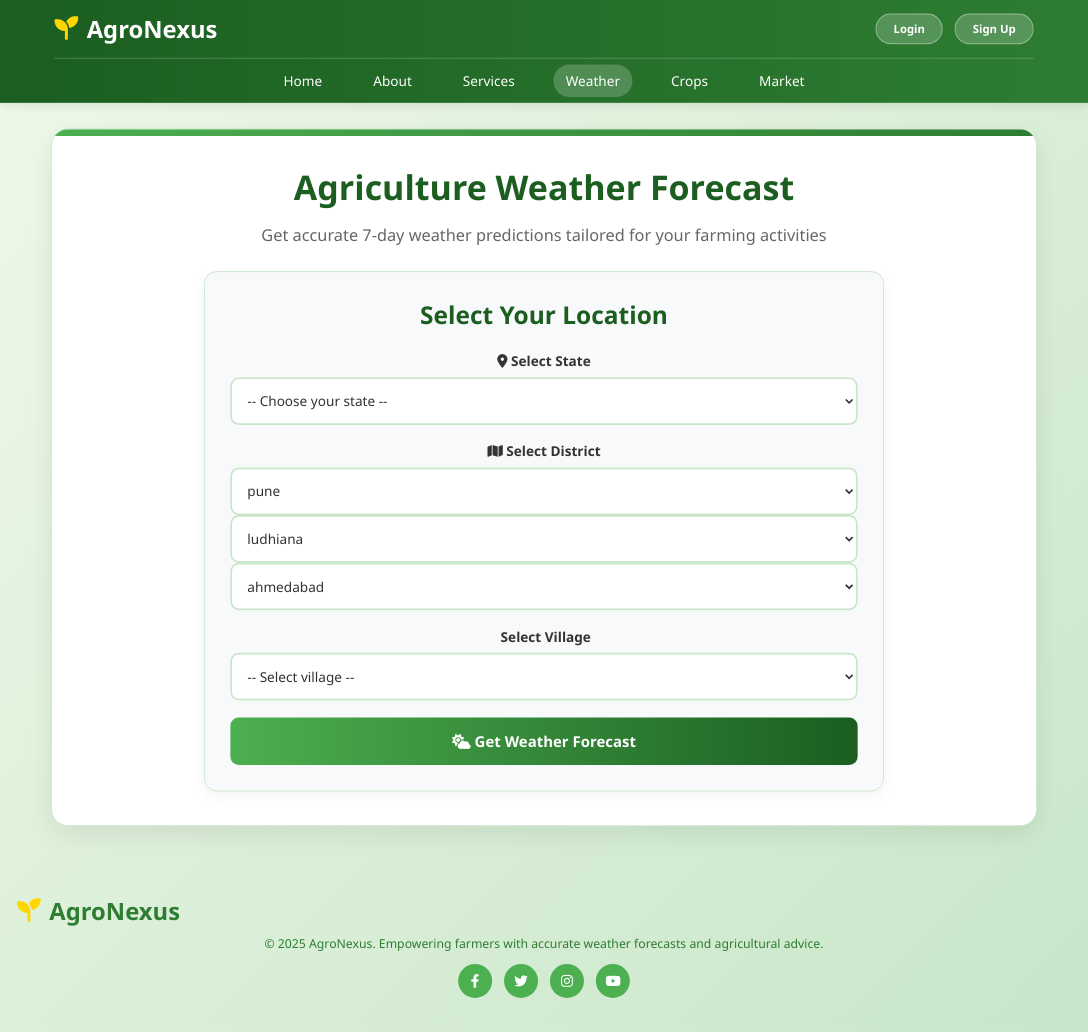
Repository: Sanika-ce/AgroNexus
Page: wheather.html
The author's editor kept a copy of each file at every save. The page is drawn from the files as they stood at one save, then again after the next save.
The browser window is 1280 px wide. The pictures show the whole page, at 85% of full size.

Above is the page before, as saved 2025-08-02 17:51:37.
Not found: weather.js

### wheather.html
<!DOCTYPE html>
<html lang="en">
<head>
    <meta charset="UTF-8">
    <meta name="viewport" content="width=device-width, initial-scale=1.0">
    <title>AgroNexus - Weather Forecast</title>
    <link rel="stylesheet" href="https://cdnjs.cloudflare.com/ajax/libs/font-awesome/6.4.0/css/all.min.css">
    <link href="https://fonts.googleapis.com/css2?family=Poppins:wght@300;400;500;600;700&family=Roboto+Slab:wght@400;600&display=swap" rel="stylesheet">
    <link rel="stylesheet" href="wheather.css">
</head>

</head>
<body>
    <!-- Header -->
    <header>
        <div class="top-bar">
            <div class="logo">
                <i class="fas fa-seedling"></i>
                AgroNexus
            </div>
            <div class="auth-buttons">
                <button>Login</button>
                <button>Sign Up</button>
            </div>
        </div>

        <nav>
            <ul>
                <li><a href="#">Home</a></li>
                <li><a href="#">About</a></li>
                <li><a href="#">Services</a></li>
                <li><a href="#" class="active">Weather</a></li>
                <li><a href="#">Crops</a></li>
                <li><a href="#">Market</a></li>
            </ul>
        </nav>
    </header>

    <!-- Main Content -->
    <div class="container">
        <section class="hero">
            <h1>Agriculture Weather Forecast</h1>
            <p>Get accurate 7-day weather predictions tailored for your farming activities</p>

            <div class="location-selector">
                <h2>Select Your Location</h2>

                <div class="select-group">
                    <label for="state"><i class="fas fa-map-marker-alt"></i> Select State</label>
                    <select id="state">
                        <option value="">-- Choose your state --</option>
                        <option value="maharashtra">Maharashtra</option>
                        <option value="punjab">Punjab</option>
                        <option value="gujarat">Gujarat</option>
                        <option value="tamilnadu">Tamil Nadu</option>
                        <option value="karnataka">Karnataka</option>
                        <option value="uttarpradesh">Uttar Pradesh</option>
                    </select>
                </div>

                <div class="select-group">
                    <label for="district"><i class="fas fa-map"></i> Select District</label>
                    <select id="Maharashtra">
                        <option value=" pune"> pune</option>
                        <option value=" mumbai"> mumbai</option>
                        <option value="  nashik"> nashik</option>
                        <option value=" nagpur"> nagpur</option>
                    </select>

                <select id="punjab">
                        <option value=" ludhiana"> ludhiana</option>
                        <option value=" amritsar"> amritsar</option>
                        <option value="  nashik"> nashik</option>
                        <option value="  patiala">  patiala</option>
                    </select>


                   <select id="gujarat">
                        <option value=" ahmedabad"> ahmedabad</option>
                        <option value=" surat"> surat</option>
                        <option value="   vadodara">  vadodara</option>
                        <option value=" nagpur"> nagpur</option>
                    </select>


                </div>

                <div class="select-group">
                    <label for="village"><i class="fas fa-village"></i> Select Village</label>
                    <select id="village">
                        <option value="">-- Select village --</option>
                    </select>
                </div>

                <button class="get-weather-btn" id="getWeatherBtn">
                    <i class="fas fa-cloud-sun"></i> Get Weather Forecast
                </button>
            </div>
        </section>

        <section class="forecast-section" id="forecastSection">
            <div class="location-info" id="locationInfo">
                <h3>7-Day Weather Forecast for</h3>
                <p id="selectedLocation">Nashik, Maharashtra</p>
            </div>

            <h2 class="section-title">Daily Forecast</h2>

            <div class="forecast-cards" id="forecastCards">
                <!-- Forecast cards will be generated by JavaScript -->
            </div>

            <div class="charts-container">
                <div class="chart-card">
                    <h3><i class="fas fa-temperature-high"></i> Temperature Forecast</h3>
                    <div class="chart-container">
                        <canvas id="temperatureChart"></canvas>
                    </div>
                </div>

                <div class="chart-card">
                    <h3><i class="fas fa-tint"></i> Precipitation Forecast</h3>
                    <div class="chart-container">
                        <canvas id="precipitationChart"></canvas>
                    </div>
                </div>
            </div>

            <div class="advisory-container">
                <h3><i class="fas fa-seedling"></i> Agricultural Advisory</h3>
                <p id="advisorySummary">Based on the upcoming weather conditions, here are recommendations for your farming activities</p>

                <div class="advisory-grid" id="advisoryGrid">
                    <!-- Advisory cards will be generated by JavaScript -->
                </div>
            </div>
        </section>
    </div>

    <!-- Footer -->
    <footer>
        <div class="logo">
            <i class="fas fa-seedling"></i>
            AgroNexus
        </div>
        <p>© 2025 AgroNexus. Empowering farmers with accurate weather forecasts and agricultural advice.</p>

        <div class="social-icons">
            <a href="#"><i class="fab fa-facebook-f"></i></a>
            <a href="#"><i class="fab fa-twitter"></i></a>
            <a href="#"><i class="fab fa-instagram"></i></a>
            <a href="#"><i class="fab fa-youtube"></i></a>
        </div>
    </footer>

    <script src="weather.js"></script>
</body>
</html>

### wheather.css
* {
            margin: 0;
            padding: 0;
            box-sizing: border-box;
            font-family: 'Segoe UI', Tahoma, Geneva, Verdana, sans-serif;
        }

        :root {
            --primary: #2e7d32;
            --primary-dark: #1b5e20;
            --primary-light: #4caf50;
            --secondary: #ffd600;
            --background: #f0f9e9;
            --card-bg: #ffffff;
            --text: #333333;
            --text-light: #666666;
            --border: #c8e6c9;
        }

        body {
            background: linear-gradient(135deg, var(--background) 0%, #c8e6c9 100%);
            color: var(--text);
            min-height: 100vh;
            padding-bottom: 20px;
        }

        /* Header Styles */
        header {
            background: linear-gradient(to right, var(--primary-dark), var(--primary));
            color: white;
            padding: 15px 5%;
            box-shadow: 0 4px 12px rgba(0, 0, 0, 0.1);
            position: sticky;
            top: 0;
            z-index: 100;
        }

        .top-bar {
            display: flex;
            justify-content: space-between;
            align-items: center;
            margin-bottom: 15px;
        }

        .logo {
            font-size: 28px;
            font-weight: bold;
            display: flex;
            align-items: center;
        }

        .logo i {
            margin-right: 10px;
            color: var(--secondary);
        }

        .auth-buttons button {
            background: rgba(255, 255, 255, 0.2);
            border: 1px solid rgba(255, 255, 255, 0.4);
            color: white;
            padding: 8px 20px;
            border-radius: 30px;
            margin-left: 10px;
            cursor: pointer;
            font-weight: 600;
            transition: all 0.3s ease;
        }

        .auth-buttons button:hover {
            background: rgba(255, 255, 255, 0.3);
            transform: translateY(-2px);
        }

        nav ul {
            display: flex;
            list-style: none;
            justify-content: center;
            border-top: 1px solid rgba(255, 255, 255, 0.2);
            padding-top: 15px;
        }

        nav li {
            margin: 0 15px;
        }

        nav a {
            color: white;
            text-decoration: none;
            font-weight: 500;
            padding: 8px 15px;
            border-radius: 20px;
            transition: all 0.3s ease;
        }

        nav a:hover, nav a.active {
            background: rgba(255, 255, 255, 0.2);
        }

        /* Main Content Styles */
        .container {
            max-width: 1200px;
            margin: 30px auto;
            padding: 0 20px;
        }

        .hero {
            text-align: center;
            padding: 40px 20px;
            background: var(--card-bg);
            border-radius: 20px;
            box-shadow: 0 10px 30px rgba(0, 0, 0, 0.08);
            margin-bottom: 40px;
            position: relative;
            overflow: hidden;
            border: 1px solid var(--border);
        }

        .hero::before {
            content: "";
            position: absolute;
            top: 0;
            left: 0;
            width: 100%;
            height: 8px;
            background: linear-gradient(to right, var(--primary-light), var(--primary));
        }

        .hero h1 {
            font-size: 2.5rem;
            color: var(--primary-dark);
            margin-bottom: 15px;
        }

        .hero p {
            font-size: 1.2rem;
            color: var(--text-light);
            max-width: 700px;
            margin: 0 auto 30px;
        }

        /* Location Selection */
        .location-selector {
            background: #f8f9fa;
            border-radius: 15px;
            padding: 30px;
            max-width: 800px;
            margin: 0 auto;
            box-shadow: 0 5px 15px rgba(0, 0, 0, 0.05);
            border: 1px solid var(--border);
        }

        .location-selector h2 {
            text-align: center;
            color: var(--primary-dark);
            margin-bottom: 25px;
            font-size: 1.8rem;
        }

        .select-group {
            margin-bottom: 20px;
        }

        .select-group label {
            display: block;
            margin-bottom: 8px;
            font-weight: 600;
            color: var(--text);
        }

        .select-group select {
            width: 100%;
            padding: 14px;
            border: 2px solid var(--border);
            border-radius: 10px;
            font-size: 1rem;
            background: var(--card-bg);
            transition: border-color 0.3s;
            color: var(--text);
        }

        .select-group select:focus {
            border-color: var(--primary);
            outline: none;
            box-shadow: 0 0 0 3px rgba(76, 175, 80, 0.2);
        }

        .get-weather-btn {
            display: block;
            width: 100%;
            padding: 16px;
            background: linear-gradient(to right, var(--primary-light), var(--primary-dark));
            color: white;
            border: none;
            border-radius: 10px;
            font-size: 1.1rem;
            font-weight: 600;
            cursor: pointer;
            transition: all 0.3s ease;
            margin-top: 20px;
        }

        .get-weather-btn:hover {
            transform: translateY(-3px);
            box-shadow: 0 7px 14px rgba(76, 175, 80, 0.4);
        }

        .get-weather-btn:active {
            transform: translateY(-1px);
        }

        /* Weather Forecast */
        .forecast-section {
            margin-top: 50px;
            display: none;
        }

        .location-info {
            text-align: center;
            margin-bottom: 30px;
            background: #e8f5e9;
            padding: 15px;
            border-radius: 10px;
            box-shadow: 0 4px 8px rgba(0,0,0,0.05);
        }

        .location-info h3 {
            font-size: 1.8rem;
            color: var(--primary-dark);
            margin-bottom: 10px;
        }

        .location-info p {
            font-size: 1.2rem;
            color: var(--primary);
        }

        .section-title {
            text-align: center;
            color: var(--primary-dark);
            font-size: 2rem;
            margin-bottom: 30px;
            position: relative;
        }

        .section-title::after {
            content: "";
            display: block;
            width: 80px;
            height: 4px;
            background: var(--primary-light);
            margin: 10px auto;
            border-radius: 2px;
        }

        .forecast-cards {
            display: grid;
            grid-template-columns: repeat(auto-fit, minmax(200px, 1fr));
            gap: 20px;
            margin-top: 20px;
        }

        .forecast-card {
            background: var(--card-bg);
            border-radius: 15px;
            overflow: hidden;
            box-shadow: 0 8px 20px rgba(0, 0, 0, 0.08);
            transition: transform 0.3s ease;
            border: 1px solid var(--border);
        }

        .forecast-card:hover {
            transform: translateY(-10px);
        }

        .card-header {
            background: linear-gradient(to right, var(--primary-light), var(--primary-dark));
            color: white;
            padding: 15px;
            text-align: center;
        }

        .card-header .date {
            font-size: 1.1rem;
            font-weight: 600;
            margin-bottom: 5px;
        }

        .card-header .day {
            font-size: 0.9rem;
            opacity: 0.9;
        }

        .card-body {
            padding: 20px;
            text-align: center;
        }

        .weather-icon {
            font-size: 3rem;
            margin: 10px 0;
            color: var(--primary);
        }

        .temperature {
            font-size: 1.8rem;
            font-weight: 700;
            margin: 10px 0;
            color: var(--text);
        }

        .weather-condition {
            font-size: 1rem;
            color: var(--text-light);
            margin-bottom: 15px;
            height: 40px;
            display: flex;
            align-items: center;
            justify-content: center;
        }

        .weather-details {
            display: flex;
            flex-wrap: wrap;
            justify-content: space-around;
            margin-top: 15px;
            padding-top: 15px;
            border-top: 1px solid #e9ecef;
        }

        .detail {
            text-align: center;
            margin: 5px;
            flex: 1;
            min-width: 70px;
        }

        .detail i {
            font-size: 1rem;
            color: var(--primary);
            margin-bottom: 5px;
        }

        .detail .label {
            font-size: 0.8rem;
            color: var(--text-light);
        }

        .detail .value {
            font-weight: 600;
            color: var(--text);
            font-size: 0.9rem;
        }

        /* Charts */
        .charts-container {
            display: grid;
            grid-template-columns: repeat(auto-fit, minmax(500px, 1fr));
            gap: 25px;
            margin-top: 40px;
        }

        .chart-card {
            background: var(--card-bg);
            border-radius: 15px;
            padding: 25px;
            box-shadow: 0 8px 20px rgba(0, 0, 0, 0.08);
            border: 1px solid var(--border);
        }

        .chart-card h3 {
            color: var(--primary-dark);
            margin-bottom: 20px;
            text-align: center;
            font-size: 1.4rem;
        }

        .chart-container {
            position: relative;
            height: 300px;
        }

        /* Advisory */
        .advisory-container {
            background: #e8f5e9;
            border-radius: 15px;
            padding: 25px;
            margin-top: 40px;
            box-shadow: 0 5px 15px rgba(0, 0, 0, 0.05);
            border: 1px solid var(--border);
        }

        .advisory-container h3 {
            color: var(--primary-dark);
            margin-bottom: 15px;
            text-align: center;
            font-size: 1.5rem;
            display: flex;
            align-items: center;
            justify-content: center;
            gap: 10px;
        }

        .advisory-container p {
            line-height: 1.6;
            color: var(--text);
            text-align: center;
            margin-bottom: 20px;
        }

        .advisory-grid {
            display: grid;
            grid-template-columns: repeat(auto-fit, minmax(250px, 1fr));
            gap: 20px;
            margin-top: 20px;
        }

        .advisory-card {
            background: white;
            border-radius: 10px;
            padding: 20px;
            box-shadow: 0 4px 8px rgba(0,0,0,0.05);
            border-left: 4px solid var(--primary);
        }

        .advisory-card h4 {
            color: var(--primary-dark);
            margin-bottom: 10px;
            display: flex;
            align-items: center;
            gap: 8px;
        }

        .advisory-card p {
            text-align: left;
            font-size: 0.95rem;
            color: var(--text-light);
        }

        /* Footer */
        footer {
            text-align: center;
            padding: 30px 20px 20px;
            color: var(--primary);
            margin-top: 50px;
        }

        footer p {
            margin-top: 10px;
            font-size: 0.9rem;
        }

        .social-icons {
            margin-top: 15px;
        }

        .social-icons a {
            display: inline-block;
            width: 40px;
            height: 40px;
            background: var(--primary-light);
            color: white;
            border-radius: 50%;
            line-height: 40px;
            margin: 0 5px;
            transition: all 0.3s ease;
        }

        .social-icons a:hover {
            background: var(--primary-dark);
            transform: translateY(-3px);
        }

        /* Responsive Design */
        @media (max-width: 768px) {
            .top-bar {
                flex-direction: column;
            }

            .logo {
                margin-bottom: 15px;
            }

            nav ul {
                flex-wrap: wrap;
            }

            nav li {
                margin: 5px;
            }

            .hero h1 {
                font-size: 2rem;
            }

            .hero p {
                font-size: 1rem;
            }

            .section-title {
                font-size: 1.8rem;
            }

            .forecast-cards {
                grid-template-columns: repeat(auto-fit, minmax(150px, 1fr));
            }

            .charts-container {
                grid-template-columns: 1fr;
            }

            .chart-card {
                padding: 15px;
            }

            .chart-container {
                height: 250px;
            }
        }

        @media (max-width: 480px) {
            .auth-buttons button {
                padding: 6px 15px;
                font-size: 0.9rem;
            }

            .hero {
                padding: 30px 15px;
            }

            .location-selector {
                padding: 20px;
            }

            .forecast-cards {
                grid-template-columns: 1fr;
            }
        }

After the next save:
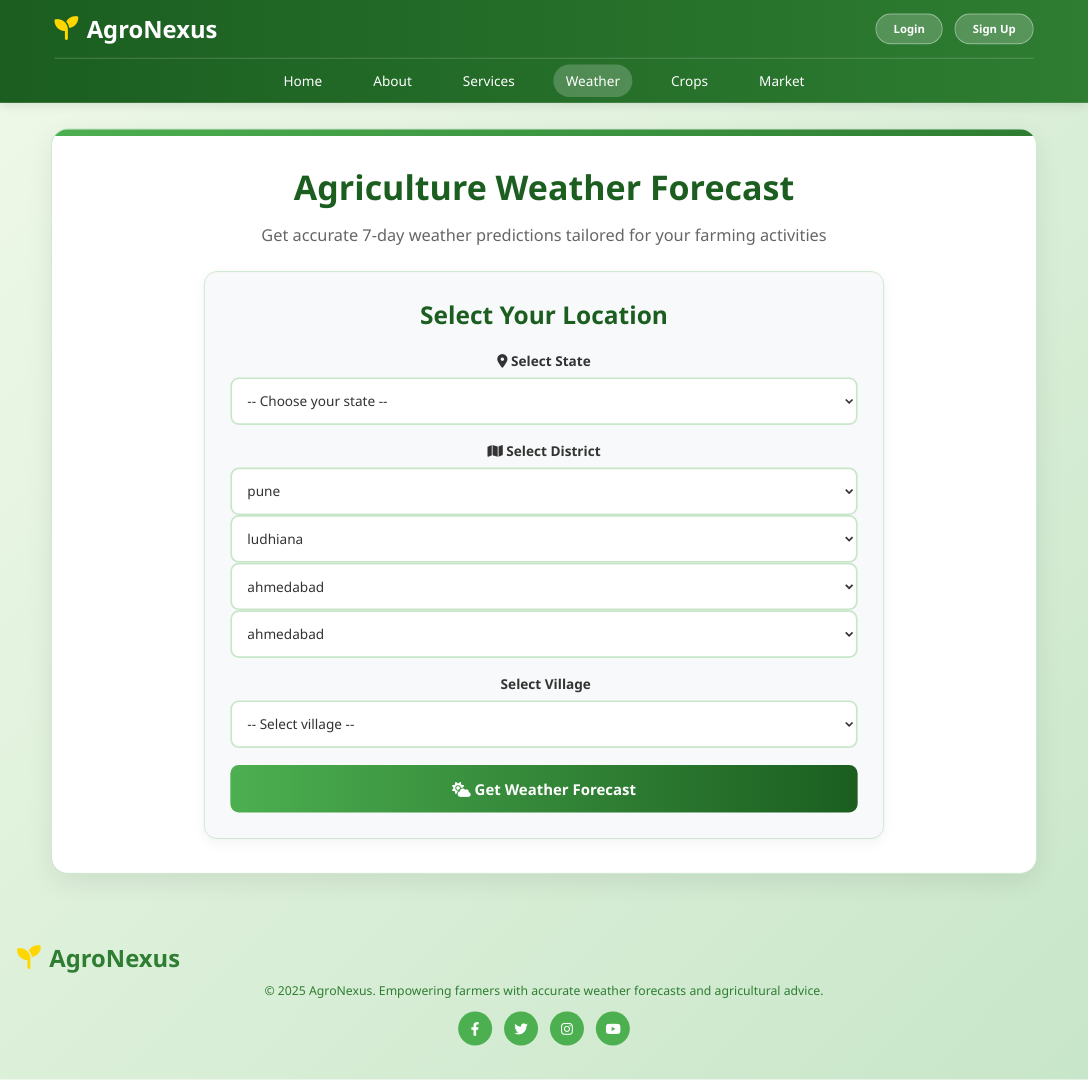
Saved 39 s later.
--- a/wheather.html
+++ b/wheather.html
@@ -79,7 +79,14 @@
                         <option value=" ahmedabad"> ahmedabad</option>
                         <option value=" surat"> surat</option>
                         <option value="   vadodara">  vadodara</option>
-                        <option value=" nagpur"> nagpur</option>
+                        <option value="rajkot"> rajkot</option>
+                    </select>
+
+                 <select id="gujarat">
+                        <option value=" ahmedabad"> ahmedabad</option>
+                        <option value=" surat"> surat</option>
+                        <option value="   vadodara">  vadodara</option>
+                        <option value="rajkot"> rajkot</option>
                     </select>
 
 
